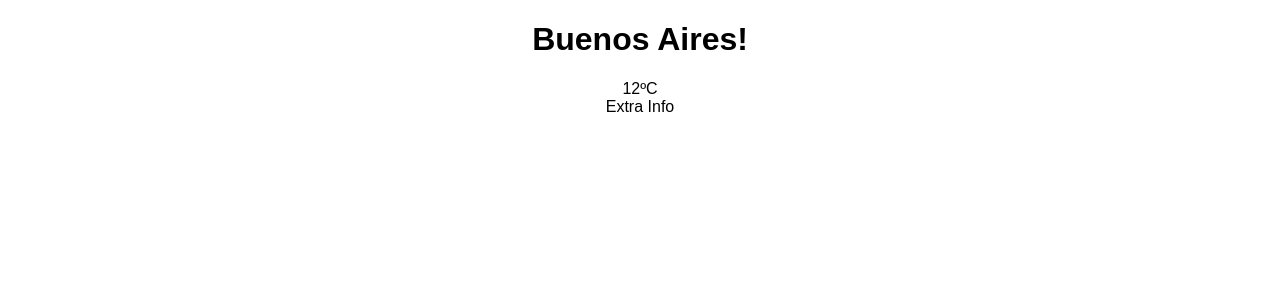
Repository: gustavojuan/REACT-weatherApp
Page: /
These files come from the project's save history. The page is drawn as it stood at one moment and after a run of saves; the edit follows.
The browser window is 1280 px wide. The pictures show the whole page.
The project was rebuilt for these pictures with package versions that can differ from the ones it lists, and the page was loaded fresh each time.

Above is the page before, as saved 2018-07-12 08:47:03.

### src/App.js
import React, { Component } from 'react';
import WeatherLocation from './components/WeatherLocation';
import './App.css';

class App extends Component {
  render() {
    return (
      <div className="App">
        <WeatherLocation></WeatherLocation>
      </div>
    );
  }
}

export default App;

### src/components/WeatherLocation.js
import React from 'react';
import Location from './Location';
import WeatherData from './WeatherData';

const WeatherLocation = () => (
    <div>
        <Location city={'Buenos Aires!'}/>
        <WeatherData />
    </div>
)
export default WeatherLocation;

### src/components/Location.js
import React from 'react';

const Location = (props)=>{

    console.log(props);
    debugger;
    return  (<div><h1>Buenos Aires!</h1></div>);
}

export default Location;

### src/components/WeatherData.js
import React from 'react';
import WeatherTemperature from './WeatherTemperature'
import WeatherExtraInfo from './WeatherExtraInfo';

const WeatherData = () => (
    <div>
        <WeatherTemperature></WeatherTemperature>
        <WeatherExtraInfo></WeatherExtraInfo>
    </div>
)

export default WeatherData;

### src/components/WeatherTemperature.js
import React from 'react'


const WeatherTemperature = () => (
    <div>
        <span>12ºC</span>
    </div>
)

export default WeatherTemperature

### src/components/WeatherExtraInfo.js
import React from 'react';

const WeatherExtraInfo = () => (
    <div>Extra Info</div>
);

export default WeatherExtraInfo;

Loaded but not shown: public/index.html (common file); src/index.js (common file); src/index.css (common file); src/registerServiceWorker.js (common file); src/App.css (common file)

After the next 2 saves:
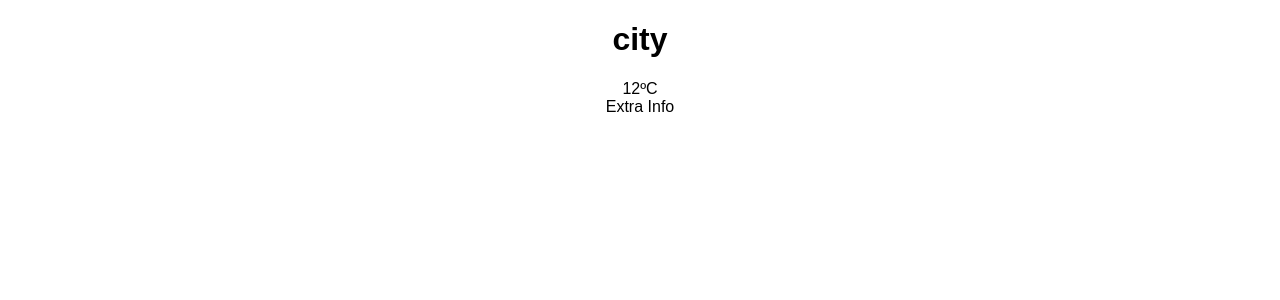
The 2 saves are shown as one change because 1 did not build or start.
The last was saved 6 min 44 s later.
--- a/src/components/Location.js
+++ b/src/components/Location.js
@@ -1,10 +1,10 @@
 import React from 'react';
 
 const Location = (props)=>{
+    const city = props.city;
 
-    console.log(props);
-    debugger;
-    return  (<div><h1>Buenos Aires!</h1></div>);
+
+    return (<div><h1>city</h1></div>);
 }
 
 export default Location;

After the save that followed:
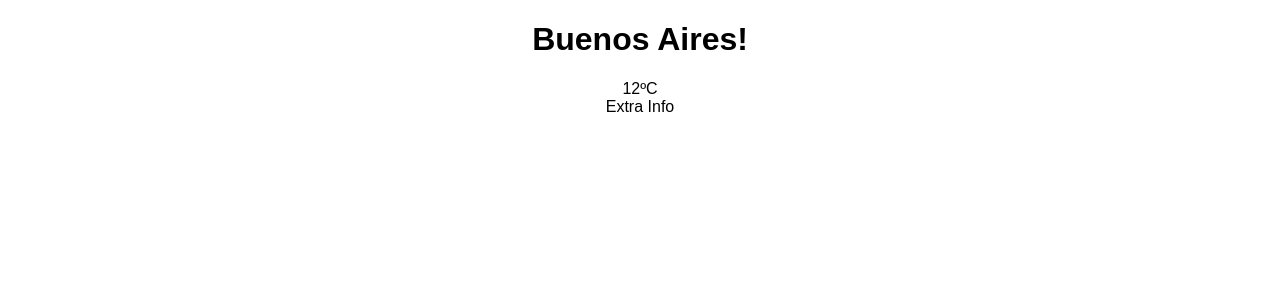
Saved 41 s later.
--- a/src/components/Location.js
+++ b/src/components/Location.js
@@ -2,9 +2,11 @@
 
 const Location = (props)=>{
     const city = props.city;
-
-
-    return (<div><h1>city</h1></div>);
+    return (
+        <div>
+            <h1>{city}</h1>
+        </div>
+    );
 }
 
 export default Location;
